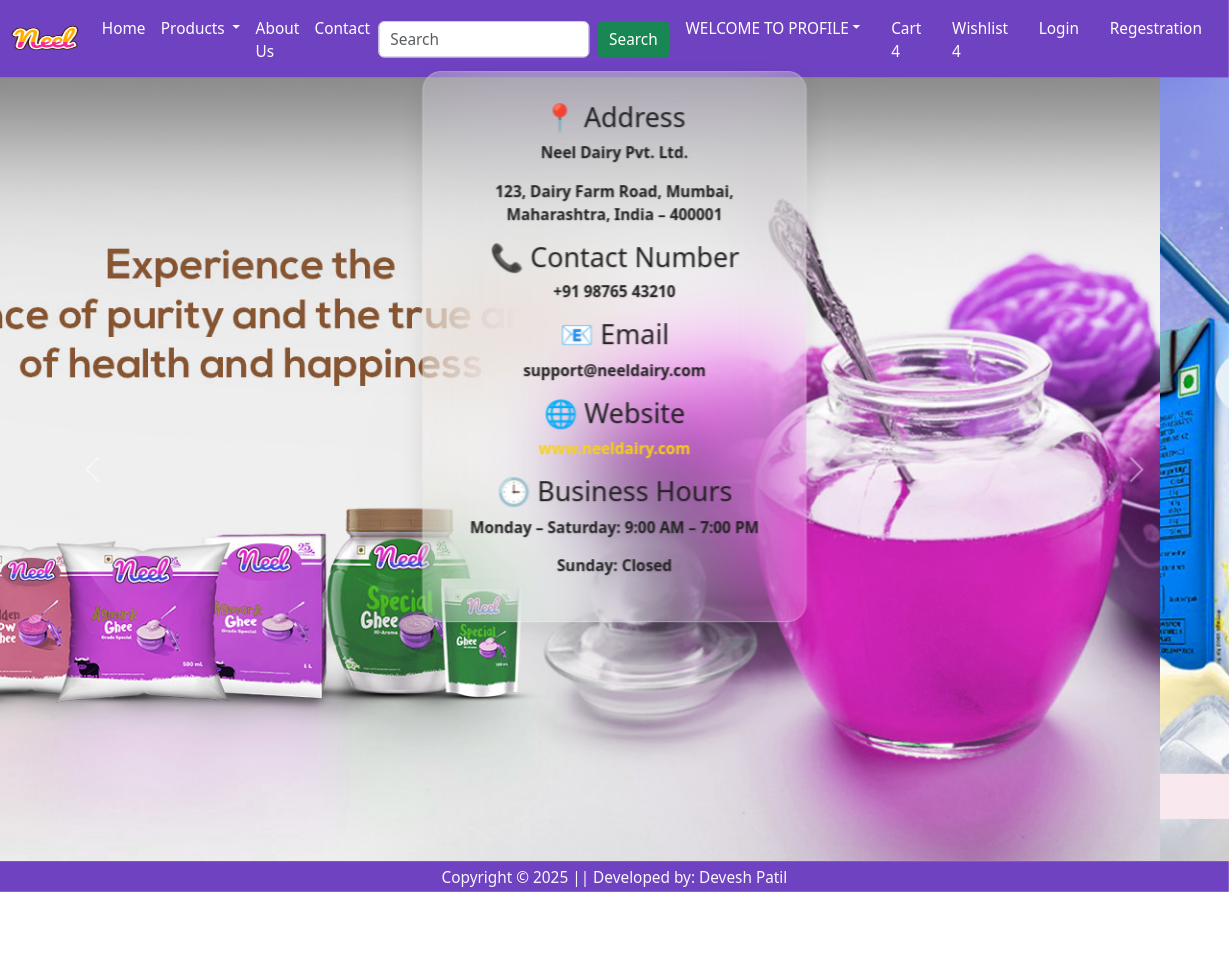
Repository: DeveshPatill/mydjango
Page: http://localhost/contact/
The author's editor kept a copy of each file at every save. The page is drawn from the files as they stood at one save, then again after the next save.
The browser window is 1280 px wide. The pictures show the whole page, at 96% of full size.
The page is served by the project's application, run on Django 5.2 (ec/manage.py).

Above is the page before, as saved 2025-03-23 02:42:11.

After the next save:
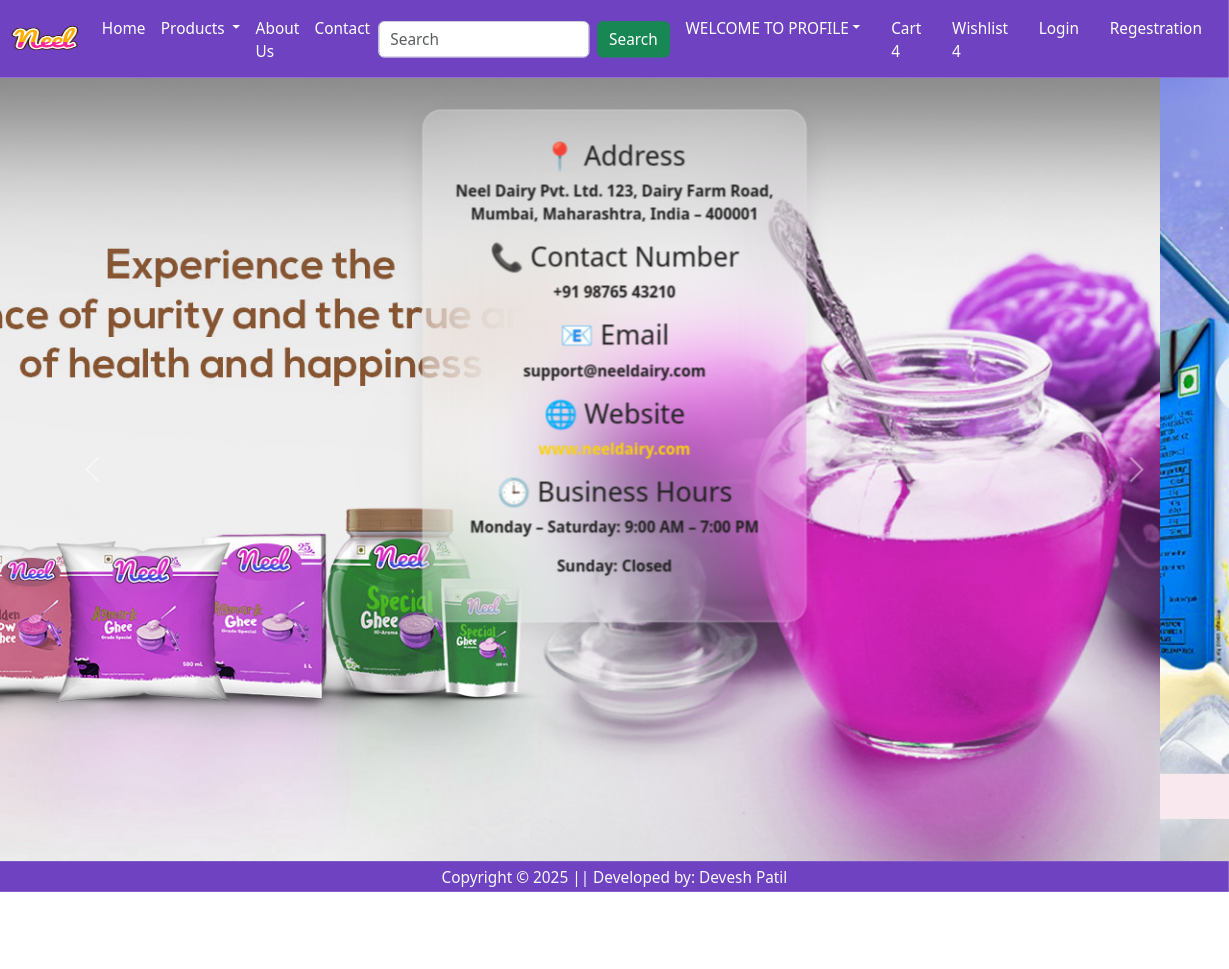
Saved 2 min 14 s later.
--- a/ec/app/templates/app/contact.html
+++ b/ec/app/templates/app/contact.html
@@ -32,8 +32,8 @@
 <!-- Fixed Contact Information (Centered Bottom) -->
 <div class="contact-box mx-8 mt-5">
     <h3>📍 Address</h3>
-    <p>Neel Dairy Pvt. Ltd.</p>
-    <p>123, Dairy Farm Road, Mumbai, Maharashtra, India – 400001</p>
+    <p>Neel Dairy Pvt. Ltd.
+    123, Dairy Farm Road, Mumbai, Maharashtra, India – 400001</p>
 
     <h3>📞 Contact Number</h3>
     <p>+91 98765 43210</p>
